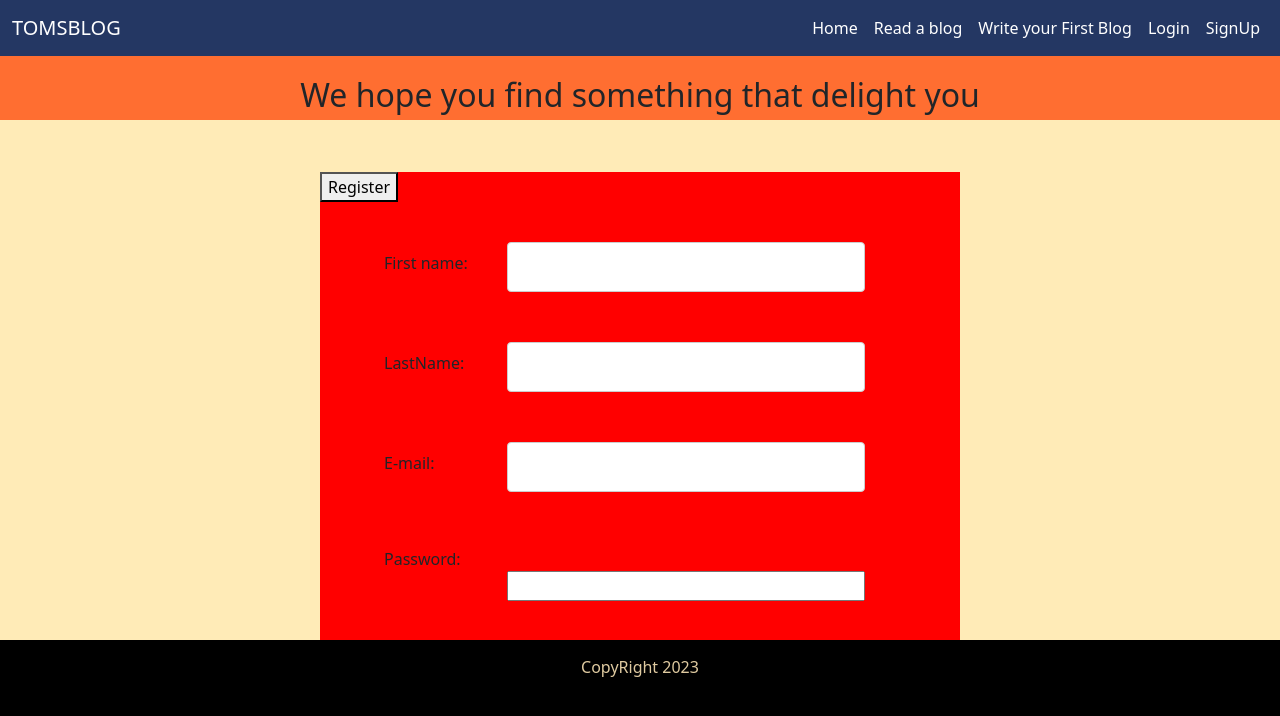
Repository: ThomasEbere/Java-Project-BlogApp
Page: http://localhost/BlogApp/WEB-INF/views/users.jsp
These files come from the project's save history. The page is drawn as it stood at one moment and after the next save; the edit follows.
The browser window is 1280 px wide. The pictures show the whole page.
Some web libraries are served in a nearby version. The page is served by Tomcat 9. Nobody is signed in. Other server files are loaded and not shown. The template is opened directly, without the code that normally fills it, so the values that code supplies are empty.

Above is the page before, as saved 2023-03-28 14:44:26.

### BlogApp/src/main/webapp/WEB-INF/views/users.jsp
<%@ page language="java" contentType="text/html; charset=UTF-8"
    pageEncoding="UTF-8"%>
<%@ taglib prefix="form" uri="http://www.springframework.org/tags/form" %>

<!DOCTYPE html>
<html>
<head>
<meta charset="UTF-8">
<title>Insert title here</title>
<link rel="stylesheet" href="https://cdnjs.cloudflare.com/ajax/libs/font-awesome/5.13.0/css/all.min.css">
<link href="https://cdn.jsdelivr.net/npm/bootstrap@5.3.0-alpha1/dist/css/bootstrap.min.css" rel="stylesheet" integrity="sha384-GLhlTQ8iRABdZLl6O3oVMWSktQOp6b7In1Zl3/Jr59b6EGGoI1aFkw7cmDA6j6gD" crossorigin="anonymous">
<link href="/BlogApp/resources/css/myfile.css?v=3"
    rel="stylesheet">
</head>
<body>
<nav class="navbar navbar-expand-lg bg-custom">
  <div class="container-fluid">
    <a class="navbar-brand" href="#">TOMSBLOG</a>
    <button class="navbar-toggler" type="button" data-bs-toggle="collapse" data-bs-target="#navbarNavAltMarkup" aria-controls="navbarNavAltMarkup" aria-expanded="false" aria-label="Toggle navigation">
      <span class="navbar-toggler-icon"></span>
    </button>
    <div class="collapse navbar-collapse" id="navbarNavAltMarkup">
              <a class="navbar-nav ms-auto"></a>

      <div class="navbar-nav">
        <a class="nav-link active" aria-current="page" href="#">Home</a>
        <a class="nav-link" href="showallblog">Read a blog</a>
        <a class="nav-link" href="createblog">Write your First Blog</a>
        <a class="nav-link" href="userlogin">Login</a>
        <a class="nav-link" href="users">SignUp</a>
      </div>
    </div>
  </div>
</nav>

<header>
<h2>We hope you find something that delight you</h2>
</header>
<div class="loginpage">
<form:form action="getuser" method="post" modelAttribute="user">

			<div class="signup">

			<div class="sign firstname">
            <form:label path="FirstName">First name:</form:label>
            <form:input path="FirstName"/><br/>
             </div>

             <div class=" sign lastName">
            <form:label path="LastName">LastName:</form:label>
            <form:input path="LastName"/><br/>
            </div>

            <div class=" sign email">
            <form:label path="email">E-mail:</form:label>
            <form:input path="email"/><br/>
            </div>

            <div class="sign password">
            <form:label path="Password">Password:</form:label>
            <form:password path="password"/><br/>
       		</div>

            <form:button>Register</form:button>
            </div>
</form:form>
</div>
<footer class="index-footer">
   <p>CopyRight 2023</p>
   </footer>
</body>
</html>

### BlogApp/src/main/webapp/resources/css/myfile.css



h1{
	color:#696969;
	margin-left:40%;
}

.createblog{
	background-color:red;
}

/* .blogdiv
{
	background-color:#f2f2f2;
	border-radius:5px;
	width:50%;
	margin:40px auto;
	height:700px;
	padding:20px;
} */

input[type=text]{
  width: 55%;
  padding: 12px 0;
  margin-top: 4%;
  margin-left:30%;
  display: block;
  border: 1px solid #ccc;
  border-radius: 4px;
  box-sizing: border-box;
  cursor: pointer;
  position:absolute
}



input[type=submit] {
  width: 30%;
  background-color: #4CAF50;
  color: white;
  padding: 14px 0;
  margin: 8px auto;
  border: none;
  border-radius: 4px;
  cursor: pointer;
  display:block;
}

.text-area
{
	width:50%;
	height:300px;
	margin-left:25%;
}

.success{
	display:none;
}

.blogdetails h2
{
	text-align:center;
}


.blogdetails
{
	width:80%;
	height:600px;
	margin:0px auto;
}

.showallblogs{
	background-color:#92A1B3;
	min-height:100%;
	position: relative;
}

.card{
	display: inline-block;
	background-color: white;
	left:2%;
	margin:10px 10px;
	top:5%;
}

.blogcontainer
{
	position: absolute;
	width:100%;
	height:auto;
	background-color:#FFEBB7;
}
.blog-innercontainer{
	position:relative;
	width:90%;
	height: auto;
	left:8%;
	margin-top: 3%;
	margin-bottom:6%;
}


.blogDate
{
	position:absolute;
	left:60%;
	top:77%;
}

.w-25
{
	width:20%!important;
}

.card-text{
	text-overflow: ellipsis;
	width: 200px;
	white-space: nowrap;
	overflow: hidden;
}

.blogpage
{
	background-color:#594D5B;
	height: 100%;
}

.blogitem
{
	margin:10px auto;
	width:60%;
	height:600px;
	background-color:grey;
	position: absolute;
	top: 20%;
	left: 20%;
}

.blogone{
	width:70%;
	height:400px;
	background-color: red;
	position: relative;
	left: 15%;
	top: 5%;
}

.datepub{
	position: absolute;
	top: 92%;
	left:55%;
	color: navy;
	font-family: Verdana;
	font-size: 20px;
}
.blogpage h5{
	text-align: center;
	color: green;
	margin-top: 2%;
	font-family: Verdana;
	font-size: 20px;
}
.mylike{
	display:none;
}

.bg-custom{
	background-color: #243763;
}


.navbar-nav .nav-link{
	color: white !important;
}

.container-fluid .navbar-brand{
	color:white;
}

header{
	background-color:#FF6E31;
	height:70px;
	text-align:center;
	padding:20px;

}

.homepage{
	width:100%;
	height:630px;
	background-color:#FFEBB7;
}

.homepage h1{
	position:absolute;
	top:40%;
	right:40%;
	font-family:cursive;
	font-size:35px;
	display:inline-block;
	color:#00435b;
}
.index-footer
{
	background:black;
	text-align:center;
	padding:15px;
	color:#DFCAA0;
	width:100%;
	height: 80px;
	z-index: 1;
	position: fixed;
	bottom: 0;
}

/* .showallblogs .index-footer{
	z-index: 1;
	position: fixed;
	bottom: 0;
} */

.loginpage{
	width: 100%;
	position: absolute;
	top:120px;
	bottom: 80px;
	background-color: #FFEBB7;
}

.logindiv{
	position: absolute;
	left: 25%;
	top:10%;
	width: 50%;
	height: 400px;
	background-color: #92A1B3;
}

.emailinput{
	position: relative;
	top: 15%;
	left:10%;
	width: 80%;
	height:90px;
}

label{
	display: inline;
}


.emailinput label{
	display: inline;
	position: absolute;
	top: 41%;
	margin-left: 12%;
}



.passwordinput{
	position: absolute;
	top: 45%;
	left:10%;
	width: 80%;
	height:70px;
}

.passwordinput .mypass{
	width: 55%;
  padding: 14px 0;
  margin-top: 8px;
  margin-left:31%;
  border: none;
  border-radius: 4px;
  cursor: pointer;
  display:inline-block;
  position: absolute;
}

.passwordinput label{
	display: inline;
	position: absolute;
	top: 38%;
	margin-left: 10%;
}

.passwordinput .eye
{
	display: inline;
	position: absolute;
	left: 90%;
	top:40%;
}

.mylogin-button{
	position: absolute;
	top:57%;
	left:50%;
}

.signup
{
	position: absolute;
	width: 50%;
	height: 500px;
	top: 10%;
	left: 25%;
	background-color: red;
}

.signup h3{
	text-align: center;
	margin-top: 3%;
}

.signup input{
	width: 70%;
	margin-left: 24%;
}
.firstname{

	position: absolute;
	width: 80%;
	height: 40px;
	left: 10%;
	top:10%;
}

.firstname label{
	position: absolute;
	top: 72%;
}

.lastName{

	position: absolute;
	width: 80%;
	height: 40px;
	left: 10%;
	top:30%;
}
.lastName label{
	position: absolute;
	top: 72%;
}
.email{

	position: absolute;
	width: 80%;
	height: 40px;
	left: 10%;
	top:50%;
}

.email label{
	position: absolute;
	top: 72%;
}

.password{
	position: absolute;
	width: 80%;
	height: 40px;
	left: 10%;
	top:75%;
}

.password .signpass{
	padding: 12px 0;
	margin-left: 11%;
	border-radius: 4px;
	box-sizing: border-box;
	cursor: pointer;
	border: 1px solid #ccc;
	width: 70%;
}

.reg{
	position: absolute;
	left:50%;
	top:90%;
}

After the next save:
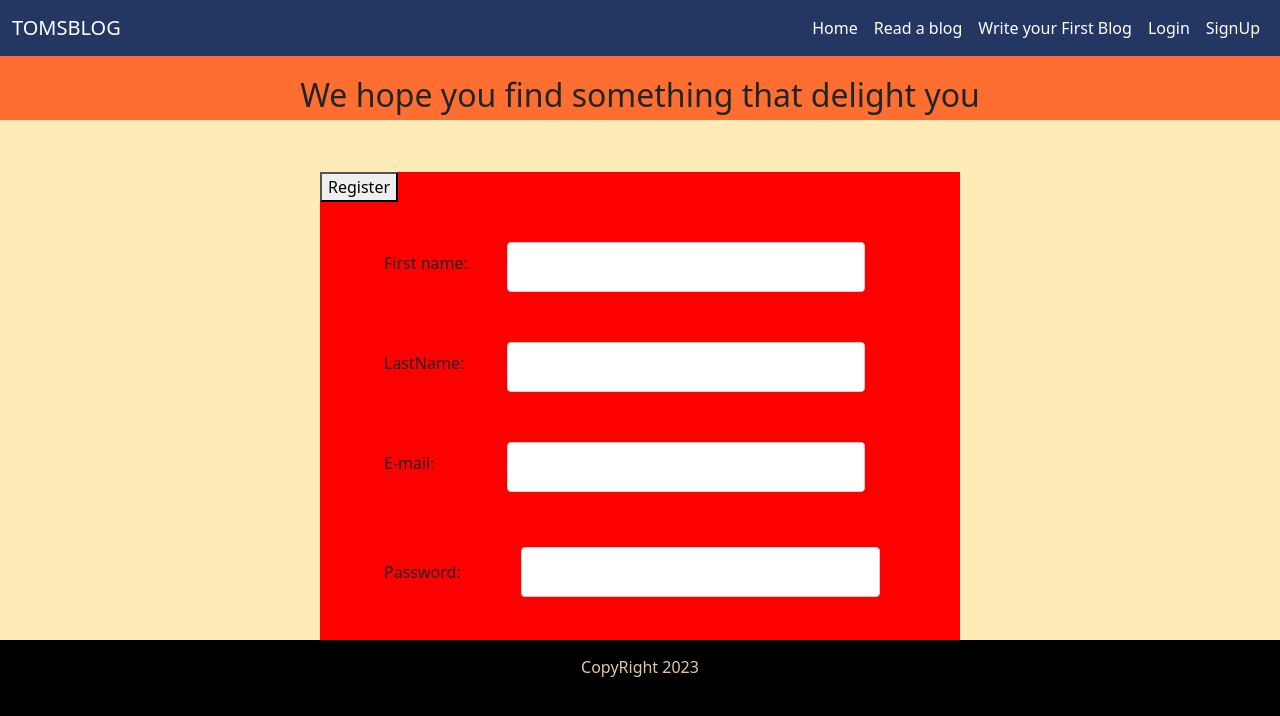
Saved 2 min 13 s later.
--- a/BlogApp/src/main/webapp/WEB-INF/views/users.jsp
+++ b/BlogApp/src/main/webapp/WEB-INF/views/users.jsp
@@ -9,7 +9,7 @@
 <title>Insert title here</title>
 <link rel="stylesheet" href="https://cdnjs.cloudflare.com/ajax/libs/font-awesome/5.13.0/css/all.min.css">
 <link href="https://cdn.jsdelivr.net/npm/bootstrap@5.3.0-alpha1/dist/css/bootstrap.min.css" rel="stylesheet" integrity="sha384-GLhlTQ8iRABdZLl6O3oVMWSktQOp6b7In1Zl3/Jr59b6EGGoI1aFkw7cmDA6j6gD" crossorigin="anonymous">
-<link href="/BlogApp/resources/css/myfile.css?v=3"
+<link href="/BlogApp/resources/css/myfile.css?v=5"
     rel="stylesheet">
 </head>
 <body>
@@ -58,7 +58,7 @@
 
             <div class="sign password">
             <form:label path="Password">Password:</form:label>
-            <form:password path="password"/><br/>
+            <form:password path="password" class="signpass"/><br/>
        		</div>
 
             <form:button>Register</form:button>
